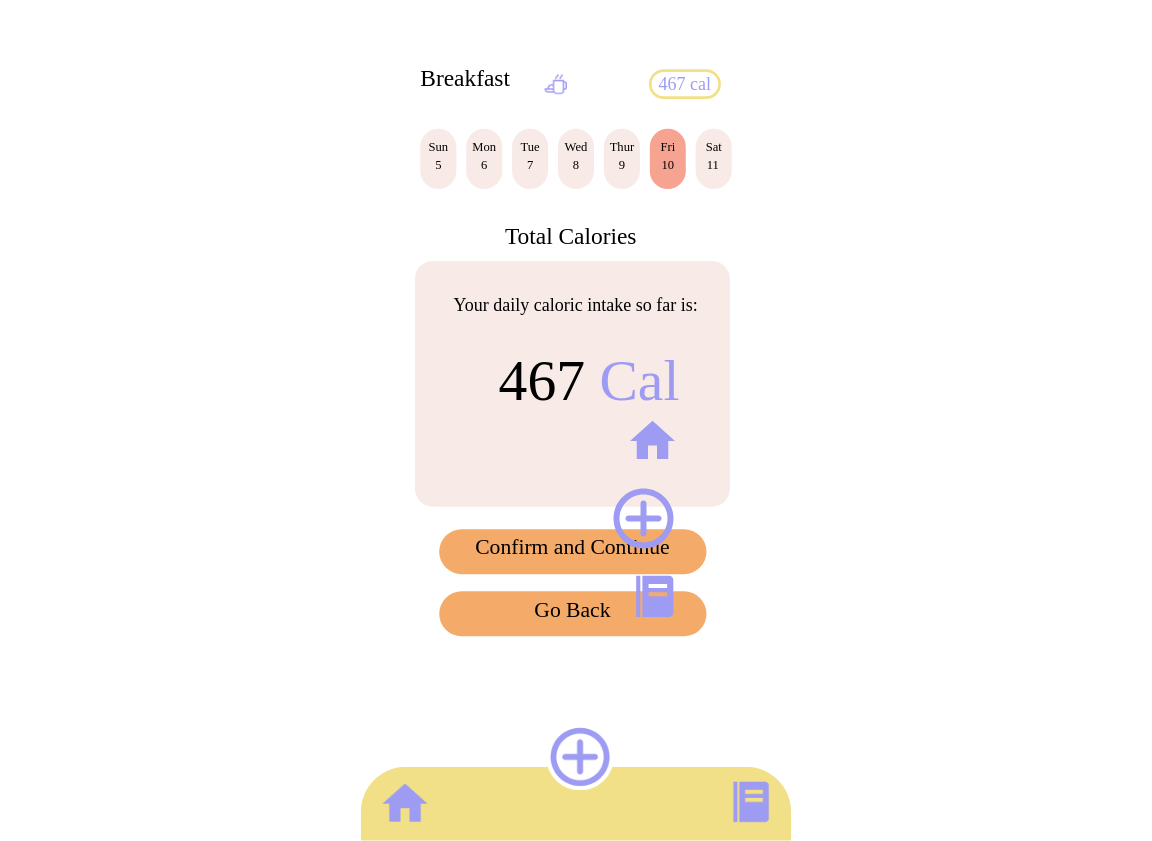
Repository: MeowCeline00/G5-Calorie-Tracker
Page: BreakfastCalCounter/index.html
These files come from the project's save history. The page is drawn as it stood at one moment and after a run of saves; the edit follows.
The browser window is 1280 px wide. The pictures show the whole page, at 90% of full size.

Above is the page before, as saved 2024-05-26 14:08:23.
Console error: TypeError: Cannot read properties of null (reading 'addEventListener')

After the next 4 saves:
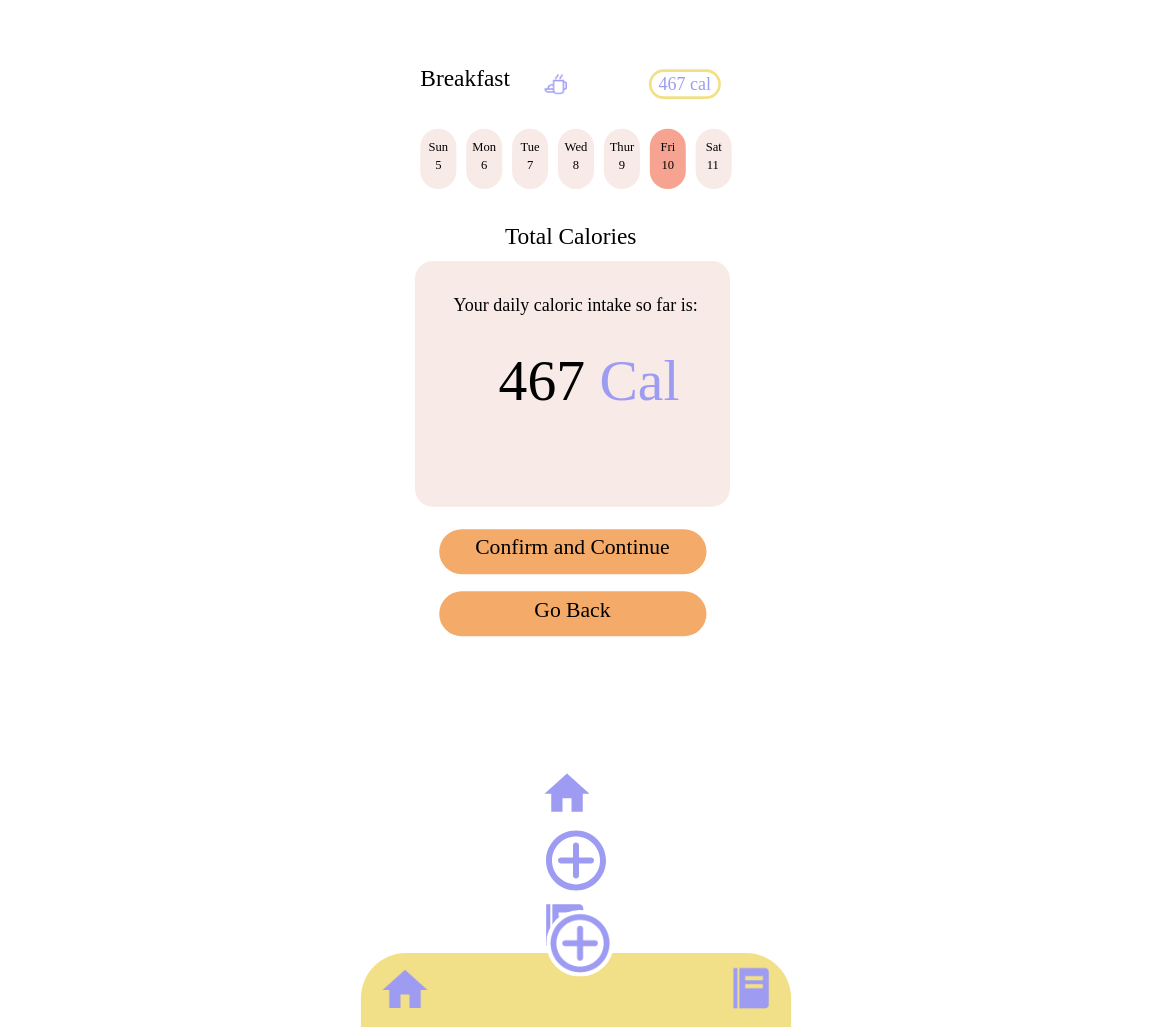
The 4 saves are shown as one change because they came seconds apart.
The last was saved 14 s later.
--- a/BreakfastCalCounter/index.html
+++ b/BreakfastCalCounter/index.html
@@ -62,26 +62,28 @@
     		<div class="cal1">
       			<span>467</span>
       			<span class="cal2">Cal</span>
-				  <div class="navContainer">
-    <nav class="navbar">
-      <div class="navItem" onclick="navigateTo('home2')">
-        <img src="/images/home_icon.svg" alt="Home" width="60" height="60" />
-      </div>
-      <div class="addButtonContainer">
-        <div class="addnewButton" onclick="navigateTo('addNew')">
-          <img src="/images/add_icon.svg" alt="Add" width="80" height="80" />
-        </div>
-      </div>
-      <div class="navItem" onclick="navigateTo('recipes')">
-        <img src="/images/recipes_icon.svg" alt="Recipes" width="55" height="55" />
-      </div>
-    </nav>
-  </div>
-  <script src="/breakfastAddPage/script.js"></script>
-  <script src="/scripts/app.js"></script>
-  <script src="/scripts/navbar.js"></script>
+
 			</div>
+
 			</div>
+			<div class="navContainer">
+				<nav class="navbar">
+				  <div class="navItem" onclick="navigateTo('home2')">
+					<img src="/images/home_icon.svg" alt="Home" width="60" height="60" />
+				  </div>
+				  <div class="addButtonContainer">
+					<div class="addnewButton" onclick="navigateTo('addNew')">
+					  <img src="/images/add_icon.svg" alt="Add" width="80" height="80" />
+					</div>
+				  </div>
+				  <div class="navItem" onclick="navigateTo('recipes')">
+					<img src="/images/recipes_icon.svg" alt="Recipes" width="55" height="55" />
+				  </div>
+				</nav>
+			  </div>
+			  <script src="/breakfastAddPage/script.js"></script>
+			  <script src="/scripts/app.js"></script>
+			  <script src="/scripts/navbar.js"></script>
 
 	  <div class="navBarContainer">
 		<div class="navBar">
